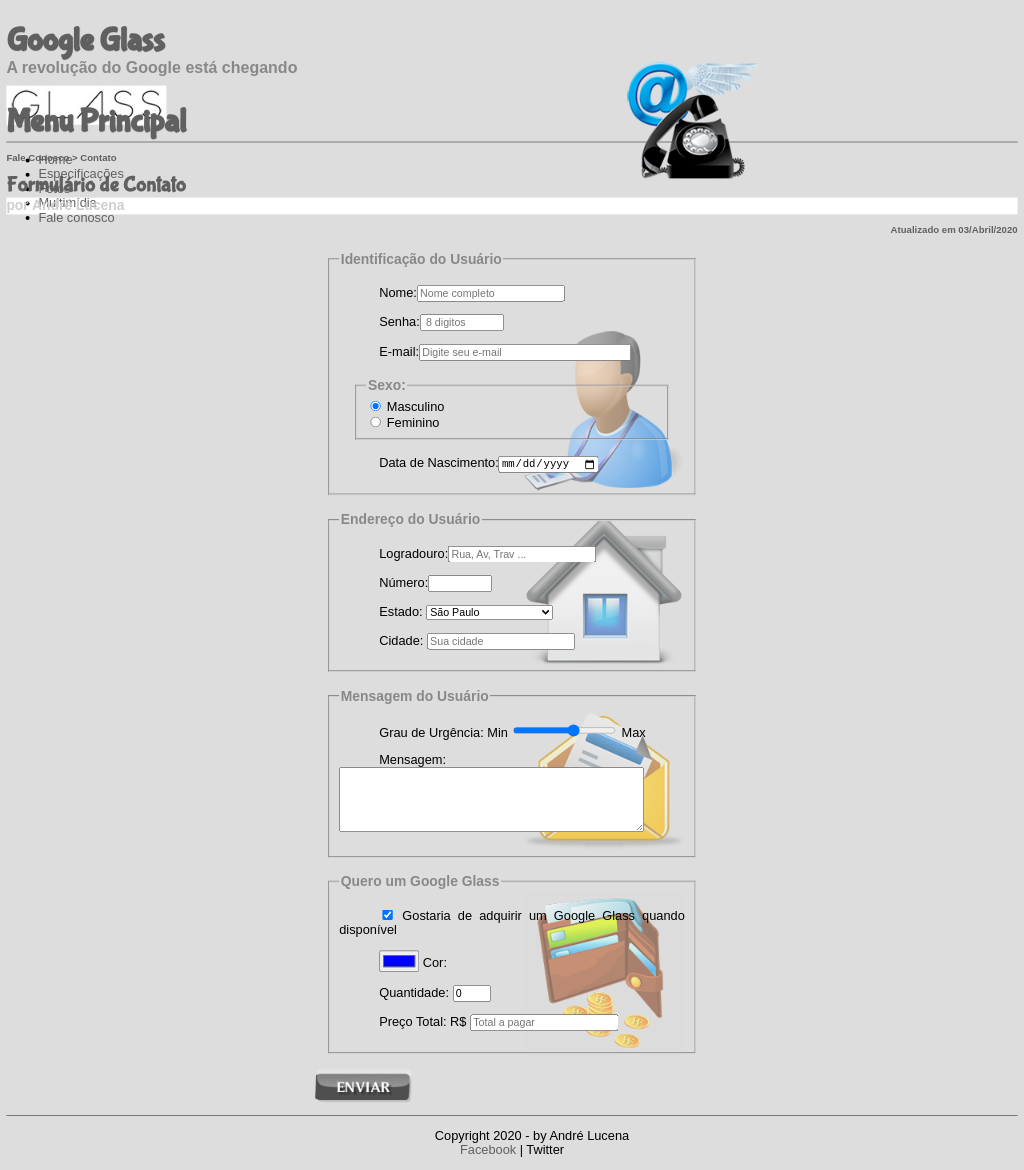
Repository: andre-lucena/Segundo-projeto
Page: Fale-conosco.html
The author's editor kept a copy of each file at every save. The page is drawn from the files as they stood at one save, then again after the next save.
The browser window is 1280 px wide. The pictures show the whole page, at 80% of full size.
Some web fonts or font styles are not loaded; a fallback is used.

Above is the page before, as saved 2020-08-09 02:25:23.

### Fale-conosco.html
<!DOCTYPE html>
<html lang="en">

<head>
    <meta charset="UTF-8" />
    <title>Tudo sobre o google glass</title>
    <link rel="stylesheet" href="css/estilo.css" />
    <link rel="stylesheet" href="css/form.css" />

</head>
<script langguage="javascript" src="./javascript/funcoes.js"></script>
<script>
    function calc_total() {
        var qtd = parseInt(document.getElementById('cQtd').value);
        tot = qtd * 1500;
        document.getElementById('cTot').value = tot;
    }
</script>

<body>
    <div id="Interface">
        <header id="cabecalho">
            <hgroup>
                <h1>Google Glass</h1>
                <h2>A revolução do Google está chegando</h2>

            </hgroup>

            <img id="icone" src="imagens/contato.png">

            <nav id="Menu">

                <h1>Menu Principal</h1>

                <ul>
                    <li onmouseover="mudaFoto('imagens/home.png')" onmouseout="mudaFoto('imagens/contato.png')"><a href="index.html"> Home</a></li>
                    <li onmouseover="mudaFoto('imagens/especificacoes.png')" onmouseout="mudaFoto('imagens/contato.png')"><a href="specs.html"> Especificações</a></li>
                    <li onmouseover="mudaFoto('imagens/fotos.png')" onmouseout="mudaFoto('imagens/contato.png')"><a href="fotos.html"> Fotos</a></li>
                    <li onmouseover="mudaFoto('imagens/multimidia.png')" onmouseout="mudaFoto('imagens/contato.png')"><a href="Multimidia.html"> Multimídia</a></li>
                    <li onmouseover="mudaFoto('imagens/contato.png')" onmouseout="mudaFoto('imagens/contato.png')"> <a href="Fale-conosco.html"> Fale conosco</a></li>
                </ul>
            </nav>
        </header>

        <section id="corpo-full">
            <article id="noticia Principal">
                <header id="cabecalho-artigo">
                    <hgroup>
                        <h3>Fale Conosco > Contato</h3>
                        <h1>Formulário de Contato</h1>
                        <h2>por André Lucena</h2>
                        <h3 class="direita">Atualizado em 03/Abril/2020</h3>
                    </hgroup>
                </header>

                <form method="post" id="fContato" action="mailto:andrellcn@hotmail.com" oninput="calc_total();">

                    <fieldset id="usuario">
                        <legend>Identificação do Usuário</legend>
                        <p>
                            <label for="cNome">Nome:<input type="text" name="tNome" id="cNome" size="20" maxlength="20" placeholder="Nome completo"/></label>
                        </p>
                        <p>
                            <label for="cSenha">Senha:<input type="password" name="tSenha" id="cSenha" size="10" maxlength="20" placeholder=" 8 digitos"/></label>
                        </p>
                        <p>
                            <label for="cEmail">E-mail:<input type="email" name="tEmail" id="cEmail" size="30" maxlength="25" placeholder="Digite seu e-mail"/></label>
                        </p>
                        <fieldset id="Sexo">
                            <legend>Sexo:</legend>
                            <input type="radio" name="tSexo" id="cMasc" checked/> <label for="cMasc">Masculino</label><br/>
                            <input type="radio" name="tSexo" id="cFem" /> <label for="cFem">Feminino</label>
                        </fieldset>
                        <p><label for="cNasc" />Data de Nascimento:<input type="date" name="tNasc" id="cNasc" /></p>
                    </fieldset>

                    <fieldset id="endereco">
                        <legend>Endereço do Usuário</legend>

                        <p><label for="cRua">Logradouro:</label><input type="tex" name="tRua" id="cRua" size="20" maxlength="20" placeholder="Rua, Av, Trav ..." /></p>
                        <p>
                            <label for="cNum">Número:</label><input type="number" name="tNum" id="cNum" min="0" max="99999" />
                        </p>
                        <p>
                            <Label for="cEst">Estado:</label>
                            <select name="tEst" id="cEst">
                        <optgroup label="Região Sudeste">
                            <option value="ES">Espito Santo</option>
                            <option value="MG">Minas Gerais</option>
                            <option value="SP" selected>São Paulo</option>
                            <option value="RJ">Rio de Janeiro</option>
                        </optgroup>
                        <optgroup label="Região Sul">
                             <option value="PR" >Parana</option>
                             <option value="RS">Rio Grande do Sul</option>
                             <option value="SC">Santa Catarina</option>
                        </optgroup>
                        <optgroup label="Região Centro Oeste">
                            <option>Distrito Federal</option>
                            <option>Mato Grosso</option>
                            <option>Mato Grosso do Sul</option>
                            <option>Goias</option>
                        </optgroup>
                        <optgroup label="Região norte">
                             <option>Acre</option>
                             <option>Amazonas</option>
                             <option>Amapa</option>
                             <option>Pará</option>
                             <option>Rondonia</option>
                             <option>Roraima</option>
                             <option>Tocantins</option>
                        </optgroup>
                        <optgroup label="Região Nordeste">
                            <option>Alagoas</option>
                            <option>Bahia</option>
                            <option>Ceara</option>
                            <option>Maranhão</option>
                            <option>Paraiba</option>
                            <option>Pernambuco</option>
                            <option>Rio Grande do norte</option>
                            <option>Sergipe</option>

                        </optgroup>

                </select>
                        </p>
                        <p>
                            <label for="cCid">Cidade:</label>
                            <input type="text" name="tCid" id="cCid" maxlength="40" size="20" placeholder="Sua cidade" list="cidades" /></p>
                        <datalist id="cidades">
                    <option value="Bauru"></option>
                    <option value="Borborema"></option>
                    <option value="Botucatu"></option>
                    <option value="Carapicuiba"></option>
                    <option value="Canitar"></option>
                    <option value="São Paulo"></option>
                    <option value="Sorocaba"></option>
                    <option value="Marilia"></option>
                    <option value="Matão"></option>
                        </datalist>

                    </fieldset>

                    <fieldset id="mensagem">

                        <legend>Mensagem do Usuário</legend>
                        <p>
                            <label for="cUrg">Grau de Urgência:</label> Min <input type="range" name="tUrg" id="cUrg" min="0" max="10" step="2" /> Max </p>
                        <p> <label for="cMsg"> Mensagem:</label>
                            <textarea name="cMsg" id="tMsg" cols="45" rows="5" placeholder="Deixe aqui sua Mensagem" /> </textarea>
                        </p>
                    </fieldset>

                    <fieldset id="pedido">
                        <legend>Quero um Google Glass</legend>

                        <p><input type="checkbox" name="tPed" id="cPed" checked/>
                            <label> Gostaria de adquirir um Google Glass quando disponível </label>
                        </p>
                        <p>
                            <input type="color" name="tCor" id="cCor" value="#0000ff" /> Cor:</p>
                        <p>
                            <label for="cQtd">Quantidade:</label>
                            <input type="number" name="tQtd" id="cQtd" min="0" max="5" value="0" />
                        </p>
                        <p>
                            <label for="cTot">Preço Total: R$</label>
                            <input type="text" name="tTot" id="cTot" placeholder="Total a pagar" readonl/>
                        </p>
                    </fieldset>

                    <input type="image" name="tEnviar" src="imagens/botao-enviar.png" / <form>
            </article>
        </section>

        <footer id="rodape">

            <p>Copyright 2020 - by André Lucena<br/>
                <a href="https://www.facebook.com/andre.lucena.37" target="_blanks">Facebook</a> | Twitter
                <p/>
        </footer>

    </div>
</body>

</html>

### css/estilo.css
@charset "UTF-8";
@import url('https://fonts.googleapis.com/css?family= Titillium + Web & display = swap');
@font-face {
    font-family: 'FonteLogo';
    src: url("./fonts/bubblegum-sans-regular.otf");
}

body {
    /* define as configurações do corpo do site */
    font-family: Arial, sans-serif;
    /* define o tipo de letra */
    background-color: #dddddd;
    /* especifica a cor de fundo do elemento */
    color: rgba(0, 0, 0, 1);
    /* define a cor das letras */
}

div#interface {
    width: 940px;
    /* define a largura de um elemento */
    background-color: #ffffff;
    margin: -20px auto 0px auto;
    /* usadas para criar espaço em torno dos elementos, fora de qualquer borda definida */
    box-shadow: 0px 0px 10px rgba(0, 0, 0, .5);
    /* propriedade anexa uma ou mais sombras a um elemento */
    padding: 15px;
    /* usadas para gerar espaço ao redor do conteúdo de um elemento, dentro de quaisquer bordas definidas */
}

p {
    text-align: justify;
    /*Serve para alinha os textos*/
    text-indent: 50px;
    /* Serve para identar os textos*/
}

a {
    color: #606060;
    text-decoration: none;
    /* propriedade especifica a decoração adicionada ao texto e é uma propriedade abreviada para */
}

a:hover {
    text-decoration: underline;
}

header#cabecalho img#icone {
    position: absolute;
    /* A positionpropriedade especifica o tipo de método de posicionamento usado para um elemento.
    Existem cinco valores de posição diferentes: static, relative, fixed, absolute e sticky */
    left: 780px;
    top: 70px;
}

header#cabecalho {
    border-bottom: 1px #606060 solid;
    height: 150px;
    /* propriedade define a altura de um elemento */
    background: url("imagens/glass-logo-peq.jpg") no-repeat 0px 80px;
    /* Defineo a cor de fundo */
}

header#cabecalho h1 {
    font-family: 'FonteLogo', sans-serif;
    font-size: 30pt;
    color: #606060;
    text-shadow: 1px 1px 1px rgba(0, 0, 0, .6);
    /* adiciona sombra ao texto */
    padding: 0pc;
    margin-bottom: 0px;
    /* propriedade define a margem inferior de um elemento */
}

header#cabecalho h2 {
    font-family: 'Titillium Web', sans-serif;
    color: #888888;
    font-size: 15pt;
    padding: 0px;
    margin-top: 0px;
}


/* Formatação de imagens com legendas*/

figure.foto-legenda {
    position: relative;
    border: 8px solid white;
    /* Define a espessura da borda e a cor da borda  */
    box-shadow: 1px 1px 4px black;
}

figure.foto-legenda img {
    width: 100%;
    /* Define a largura */
    height: 50%;
    /* Define a altura */
}

figure.foto-legenda figcaption {
    position: absolute;
    /* tipo de método de posicionamento usado para um elemento.
    Existem cinco valores de posição diferentes */
    top: 0px;
    /*  propriedade afeta a posição vertical de um elemento posicionado */
    background-color: rgba(0, 0, 0, .4);
    color: white;
    width: 100%;
    height: 100%;
    padding: 10px;
    box-sizing: border-box;
    /* propriedade define como a largura e a altura de um elemento são calculadas: elas devem incluir preenchimento e bordas ou não */
    transition: opacity 1s;
    /* As transições CSS permitem que você altere os valores das propriedades suavemente, durante um determinado período. */
    opacity: 0;
    /* Defina o nível de opacidade para um elemento <div> */
}

figure.foto-legenda:hover figcaption {
    opacity: 1;
}


/* Formatação do menu */

nav#menu {
    display: block;
    /* propriedade especifica o comportamento de exibição (o tipo de caixa de renderização) de um elemento. */
}

nav#menu ul {
    list-style: none;
    /* propriedade é uma abreviação para as seguintes propriedades: list-style-type, posição de estilo de lista e list-style-image */
    text-transform: uppercase;
    /*  propriedade controla a capitalização de texto */
    position: absolute;
    top: -20px;
    left: 400px;
}

nav#menu li {
    display: inline-block;
    background-color: #dddddd;
    padding: 10px;
    margin: 2px;
    transition: background-color 1s;
}

nav#menu li:hover {
    background-color: #606060;
}

nav#menu h1 {
    display: none;
}

nav#menu a {
    color: #000000;
    text-decoration: none;
}

nav#menu a:hover {
    color: #ffffff;
    text-decoration: underline;
}

section#corpo {
    display: block;
    width: 580px;
    float: left;
    /* usada para envolver o texto em imagens, usada para posicionar e formatar o conteúdo, por exemplo, deixar uma imagem flutuar à esquerda do texto em um contêiner */
    border-right: 1px solid #606060;
    padding-right: 15px;
}

article#noticia-principal h2 {
    font-size: 13pt;
    color: #606060;
    background-color: #dddddd;
    padding: 5px 0px 5px 10px;
    margin: 10px 0px 10px 0px;
}

header#cabecalho-artigo h1 {
    font-family: 'FonteLogo', sans-serif;
    font-size: 20pt;
    color: #606060;
    margin-bottom: 0px;
    margin-top: 0px;
}

.direita {
    text-align: right;
}

header#cabecalho-artigo h2 {
    font-size: 13pt;
    color: #cecece;
    background-color: #ffffff;
    margin: 0px;
}

header#cabecalho-artigo h3 {
    font-size: 12px;
    color: #606060;
}

table#tabelaspec {
    border: 1px solid #606060;
    border-spacing: 0px;
    margin-left: auto;
    margin-right: auto;
}

table#tabelaspec td {
    border: 1px solid #606060;
    padding: 10px;
    text-align: center;
}

table#tabelaspec td.ce {
    color: #ffffff;
    background-color: #606060;
    vertical-align: top;
    text-align: right;
}

table#tabelaspec td.cd {
    color: #000000;
    background-color: #cecece;
    text-align: left;
}

table#tabelaspec caption {
    color: #888888;
    font-size: 13pt;
    font-weight: bolder;
}

table#tabelaspec caption span {
    display: block;
    float: right;
    color: #000000;
    font-size: 8pt;
    margin-top: 10px;
}

aside#lateral {
    display: block;
    width: 310px;
    float: right;
    background-color: #dddddd;
    padding: 10px;
    margin-top: 10px;
    box-shadow: 1px 1px 1px rgba(0, 0, 0, .5);
}

aside#lateral h1 {
    font-family: 'FonteLogo', sans-serif;
    font-size: 20pt;
    color: #606060;
    margin-top: 0px;
}

aside#lateral h2 {
    background-color: #606060;
    font-size: 13pt;
    color: #ffffff;
    padding: 5px;
}

footer#rodape {
    clear: both;
    border-top: 1px #606060 solid;
}

footer#rodape p {
    text-align: center;
}

div#sports video {
    display: block;
    width: 300px;
    float: center;
}

div#sports01 video {
    display: block;
    width: 480px;
    float: center;
    border-bottom: 1px;
    margin-bottom: 8px;
}

### css/form.css
@charset "UTF-8";
form {
    width: 500px;
    margin: auto;
}

input.textarea {
    font-family: sans-serif;
    font-weight: normal;
    font-size: 13pt;
    background-color: rgba(255, 255, 255, .5);
}

input:hover,
textarea:hover {
    background-color: #dddddd;
}

legend {
    color: #888888;
    font-weight: bold;
    font-size: 13pt;
    font-family: sans-serif;
}

fieldset {
    border-color: #cecece;
    margin: 20px;
}

fieldset#sexo {
    width: 150px;
}

fieldset#usuario {
    background: url("../imagens/icone-contato.png") no-repeat 95% 95%;
}

fieldset#endereco {
    background: url("../imagens/icone-endereco.png") no-repeat 95% 95%;
}

fieldset#mensagem {
    background: url("../imagens/icone-mensagem.png") no-repeat 95% 95%;
}

fieldset#pedido {
    background: url("../imagens/icone-pagamento.png") no-repeat 95% 95%;
}

Loaded but not shown: javascript/funcoes.js (common file)

After the next save:
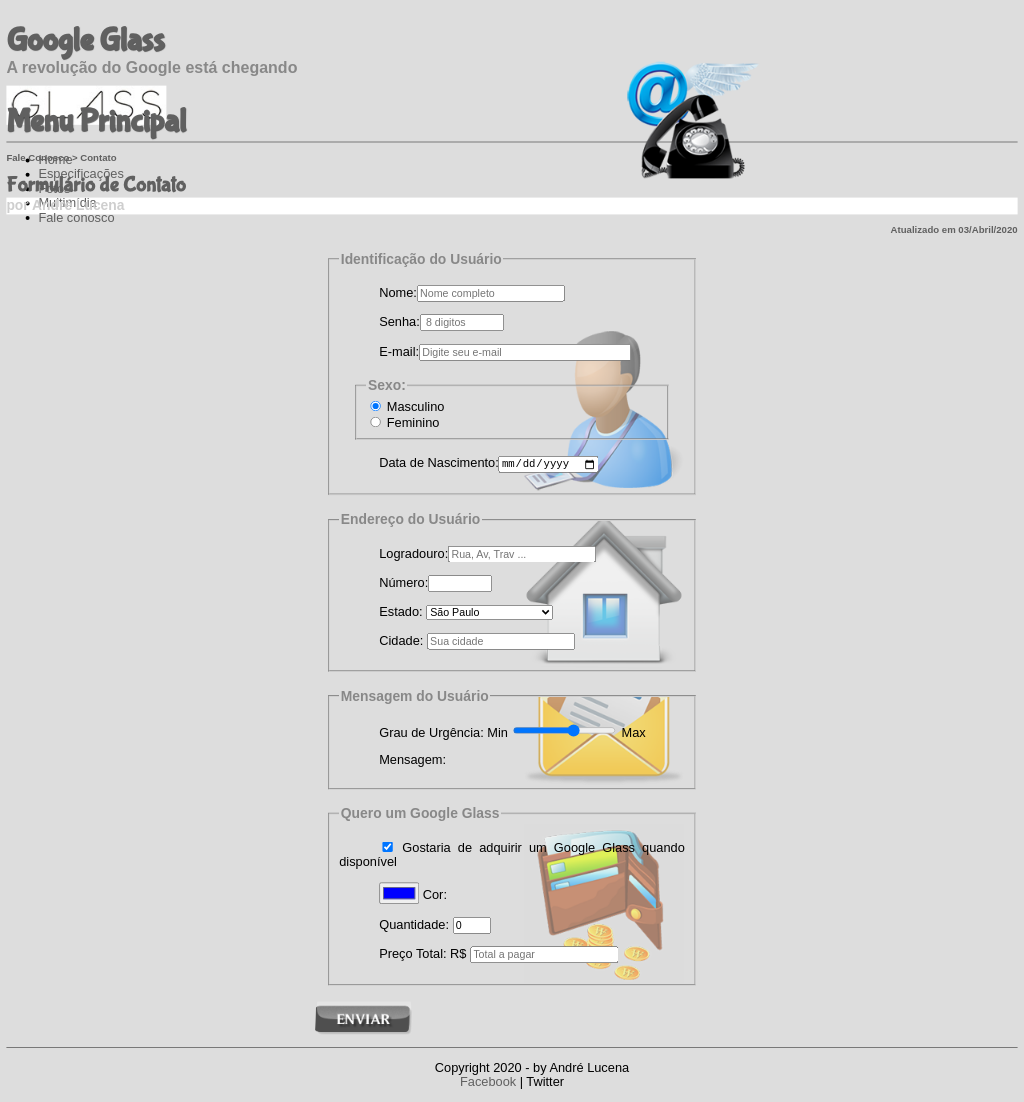
Saved 7 min 8 s later.
--- a/Fale-conosco.html
+++ b/Fale-conosco.html
@@ -1,21 +1,20 @@
 <!DOCTYPE html>
-<html lang="en">
+<html lang="pt-br">
 
 <head>
     <meta charset="UTF-8" />
     <title>Tudo sobre o google glass</title>
     <link rel="stylesheet" href="css/estilo.css" />
-    <link rel="stylesheet" href="css/form.css" />
-
+    <link rel="stylesheet" href="css/form.css">
+    <script language="javascript" src="javascript/funcoes.js"></script>
+    <script>
+        function calc_total() {
+            var qtd = parseInt(document.getElementById('cQtd').value);
+            tot = qtd * 1500;
+            document.getElementById('cTot').value = tot;
+        }
+    </script>
 </head>
-<script langguage="javascript" src="./javascript/funcoes.js"></script>
-<script>
-    function calc_total() {
-        var qtd = parseInt(document.getElementById('cQtd').value);
-        tot = qtd * 1500;
-        document.getElementById('cTot').value = tot;
-    }
-</script>
 
 <body>
     <div id="Interface">
@@ -84,60 +83,60 @@
                         <p>
                             <Label for="cEst">Estado:</label>
                             <select name="tEst" id="cEst">
-                        <optgroup label="Região Sudeste">
-                            <option value="ES">Espito Santo</option>
-                            <option value="MG">Minas Gerais</option>
-                            <option value="SP" selected>São Paulo</option>
-                            <option value="RJ">Rio de Janeiro</option>
-                        </optgroup>
-                        <optgroup label="Região Sul">
-                             <option value="PR" >Parana</option>
-                             <option value="RS">Rio Grande do Sul</option>
-                             <option value="SC">Santa Catarina</option>
-                        </optgroup>
-                        <optgroup label="Região Centro Oeste">
-                            <option>Distrito Federal</option>
-                            <option>Mato Grosso</option>
-                            <option>Mato Grosso do Sul</option>
-                            <option>Goias</option>
-                        </optgroup>
-                        <optgroup label="Região norte">
-                             <option>Acre</option>
-                             <option>Amazonas</option>
-                             <option>Amapa</option>
-                             <option>Pará</option>
-                             <option>Rondonia</option>
-                             <option>Roraima</option>
-                             <option>Tocantins</option>
-                        </optgroup>
-                        <optgroup label="Região Nordeste">
-                            <option>Alagoas</option>
-                            <option>Bahia</option>
-                            <option>Ceara</option>
-                            <option>Maranhão</option>
-                            <option>Paraiba</option>
-                            <option>Pernambuco</option>
-                            <option>Rio Grande do norte</option>
-                            <option>Sergipe</option>
+                <optgroup label="Região Sudeste">
+                    <option value="ES">Espito Santo</option>
+                    <option value="MG">Minas Gerais</option>
+                    <option value="SP" selected>São Paulo</option>
+                    <option value="RJ">Rio de Janeiro</option>
+                </optgroup>
+                <optgroup label="Região Sul">
+                     <option value="PR" >Parana</option>
+                     <option value="RS">Rio Grande do Sul</option>
+                     <option value="SC">Santa Catarina</option>
+                </optgroup>
+                <optgroup label="Região Centro Oeste">
+                    <option>Distrito Federal</option>
+                    <option>Mato Grosso</option>
+                    <option>Mato Grosso do Sul</option>
+                    <option>Goias</option>
+                </optgroup>
+                <optgroup label="Região norte">
+                     <option>Acre</option>
+                     <option>Amazonas</option>
+                     <option>Amapa</option>
+                     <option>Pará</option>
+                     <option>Rondonia</option>
+                     <option>Roraima</option>
+                     <option>Tocantins</option>
+                </optgroup>
+                <optgroup label="Região Nordeste">
+                    <option>Alagoas</option>
+                    <option>Bahia</option>
+                    <option>Ceara</option>
+                    <option>Maranhão</option>
+                    <option>Paraiba</option>
+                    <option>Pernambuco</option>
+                    <option>Rio Grande do norte</option>
+                    <option>Sergipe</option>
 
-                        </optgroup>
+                </optgroup>
 
-                </select>
+        </select>
                         </p>
                         <p>
                             <label for="cCid">Cidade:</label>
                             <input type="text" name="tCid" id="cCid" maxlength="40" size="20" placeholder="Sua cidade" list="cidades" /></p>
                         <datalist id="cidades">
-                    <option value="Bauru"></option>
-                    <option value="Borborema"></option>
-                    <option value="Botucatu"></option>
-                    <option value="Carapicuiba"></option>
-                    <option value="Canitar"></option>
-                    <option value="São Paulo"></option>
-                    <option value="Sorocaba"></option>
-                    <option value="Marilia"></option>
-                    <option value="Matão"></option>
-                        </datalist>
+            <option value="Bauru"></option>
+            <option value="Borborema"></option>
+            <option value="Botucatu"></option>
+            <option value="Carapicuiba"></option>
+            <option value="Canitar"></option>
+            <option value="São Paulo"></option>
+            <option value="Sorocaba"></option>
+            <option value="Marilia"></option>
+            <option value="Matão"></option>
+                </datalist>
 
                     </fieldset>
 
@@ -147,7 +146,7 @@
                         <p>
                             <label for="cUrg">Grau de Urgência:</label> Min <input type="range" name="tUrg" id="cUrg" min="0" max="10" step="2" /> Max </p>
                         <p> <label for="cMsg"> Mensagem:</label>
-                            <textarea name="cMsg" id="tMsg" cols="45" rows="5" placeholder="Deixe aqui sua Mensagem" /> </textarea>
+                            <text-area name="cMsg" id="tMsg" cols="45" rows="5" placeholder="Deixe aqui sua Mensagem" /> </textarea>
                         </p>
                     </fieldset>
 
@@ -179,7 +178,6 @@
                 <a href="https://www.facebook.com/andre.lucena.37" target="_blanks">Facebook</a> | Twitter
                 <p/>
         </footer>
-
     </div>
 </body>
 
